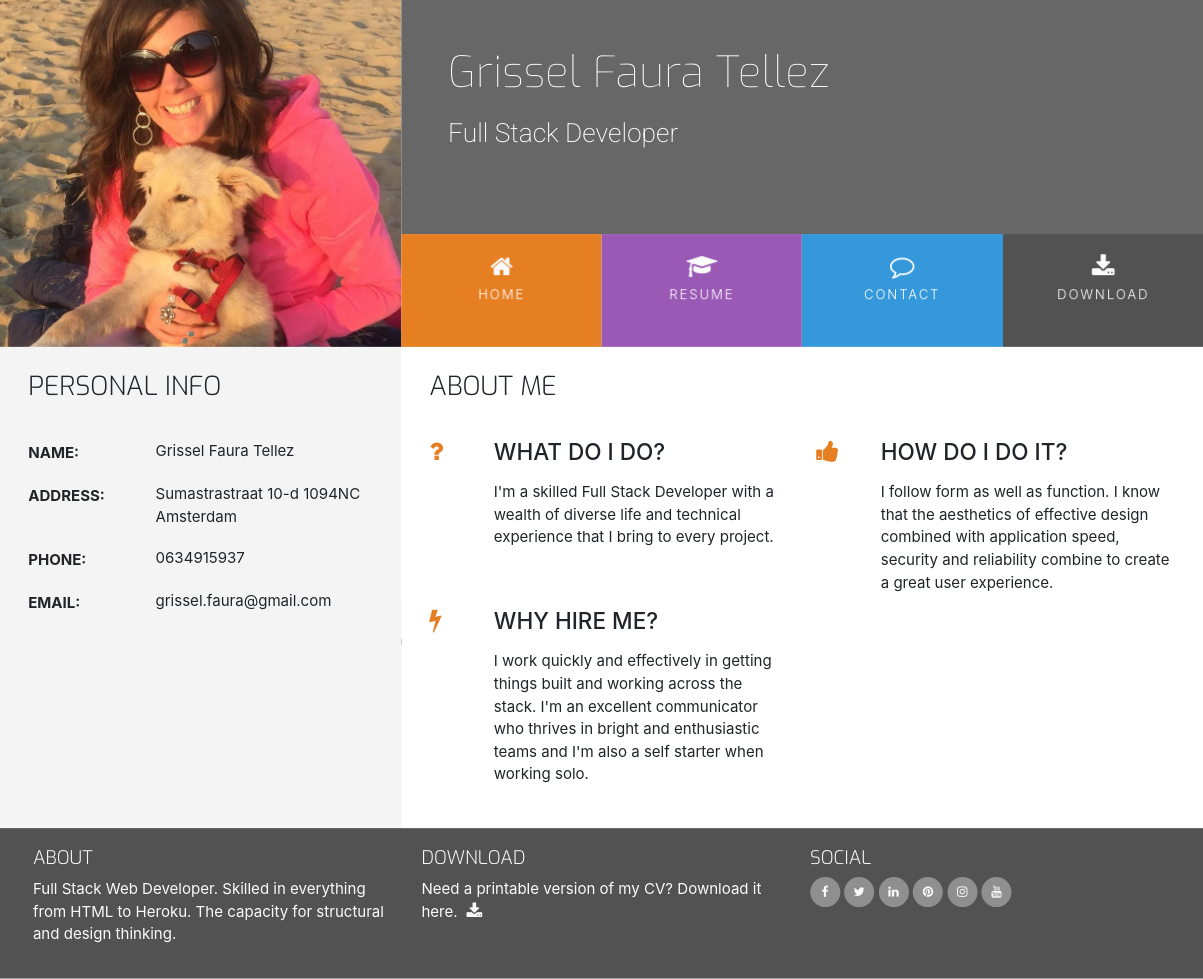
Repository: grisselfaura/Resume-Project-Introduction
Page: index.html
The author's editor kept a record of every edit. The page is drawn from the files as they stood at one moment, then again after the next edit.
The browser window is 1280 px wide. The pictures show the whole page, at 94% of full size.

Above is the page before.

### index.html
<!DOCTYPE html>
<html lang="en">
<head>
    <meta charset="UTF-8">
    <meta name="viewport" content="width=device-width, initial-scale=1.0">
    <meta http-equiv="X-UA-Compatible" content="ie=edge">
    <link rel="stylesheet" href="https://stackpath.bootstrapcdn.com/bootstrap/4.3.1/css/bootstrap.min.css" type="text/css" />
    <link rel="stylesheet" href="https://stackpath.bootstrapcdn.com/font-awesome/4.7.0/css/font-awesome.min.css" type="text/css" />
    <link rel="stylesheet" href="https://cdnjs.cloudflare.com/ajax/libs/hover.css/2.3.1/css/hover-min.css" type="text/css" />
    <link rel="stylesheet" href="assets/CSS/style.css" type="text/css" />
    <title>Grissel</title>
</head>
<body>
    <header>
       <div class="row no-gutters">
           <a class="col-md-4 logo" href="index.html"></a>
           <div class="col-md-8">
               <div class="row no-gutters bg-color-name-title">
                   <div class="col heading">
                       <h1 class="name">Grissel Faura Tellez</h1>
                       <h2 class="title">Full Stack Developer</h2>
                    </div>
               </div>
               <div class="row no-gutters">
                   <div class="col">
                       <ul id="nav" class="list-inline menucontainer">
                           <li class="col-6 col-sm-3 ui-menu-color-home list-inline-item menuitem">
                               <a href="#" class="hvr-sweep-to-bottom"><i class="fa fa-home" aria-hidden="true"></i><span>Home</span></a>
                           </li>
                           <li class="col-6 col-sm-3 ui-menu-color-resume list-inline-item menuitem">
                               <a href="#" class="hvr-sweep-to-bottom"><i class="fa fa-graduation-cap" aria-hidden="true"></i><span>Resume</span></a>
                           </li>
                           <li class="col-6 col-sm-3 ui-menu-color-contact list-inline-item menuitem">
                               <a href="#" class="hvr-sweep-to-bottom"><i class="fa fa-comment-o" aria-hidden="true"></i><span>Contact</span></a>
                           </li>
                           <li class="col-6 col-sm-3 ui-menu-color-download list-inline-item menuitem">
                               <a href="#" class="hvr-sweep-to-bottom"><i class="fa fa-download" aria-hidden="true"></i><span>Download</span></a>
                           </li>
                       </ul>
                   </div>
               </div>
           </div>
       </div>
    </header>
    <section class="container-fluid">
        <div class="row">
            <div class="col-md-4 bg-color-personal-info section-column">
                <div class="row">
                    <div class="col-12">
                        <h3 class="section-heading uppercase">Personal Info</h3>
                    </div>
                </div>
                <div class="personal-info-item">
                    <div class="key">
                        <p class="uppercase">
                            Name:
                        </p>
                    </div>
                    <div class="value">
                        <p>
                         Grissel Faura Tellez
                        </p>
                    </div>
                </div>
                <div class="personal-info-item">
                    <div class="key">
                        <p class="uppercase">
                            Address:
                        </p>
                    </div>
                    <div class="value">
                        <p>
                         Sumastrastraat 10-d 1094NC Amsterdam
                        </p>
                    </div>
                </div>
                <div class="personal-info-item">
                    <div class="key">
                        <p class="uppercase">
                            Phone:
                        </p>
                    </div>
                    <div class="value">
                        <p>
                         0634915937
                        </p>
                     </div>
                </div>
                <div class="personal-info-item">
                    <div class="key">
                        <p class="uppercase">
                            Email:
                        </p>
                    </div>
                    <div class="value">
                        <p>
                         grissel.faura@gmail.com
                        </p>
                    </div>
                </div>
            </div>
            <div class="col-md-8 bg-color-three-reasons section-column">
                <div class="row">
                    <div class="col">
                        <h3 class="section-heading uppercase">About me</h3>
                    </div>
                </div>
                <div class="row">
                    <div class="col-10 offset-1 offset-sm-0 col-sm-4 col-md-6">
                        <div class="row">
                            <div class="col-2">
                                <i class="three-reasons-icon fa fa-question" aria-hidden="true"></i>
                            </div>
                            <div class="col-10">
                                <h4 class="three-reasons-heading uppercase">What do I do?</h4>
                                <p>
                                    I'm a skilled Full Stack Developer with a wealth of diverse life and technical experience that I bring to every project.
                                </p>
                            </div>
                        </div>
                    </div>
                    <div class="col-10 offset-1 offset-sm-0 col-sm-4 col-md-6">
                        <div class="row">
                            <div class="col-2">
                                <i class="three-reasons-icon fa fa-thumbs-up" aria-hidden="true"></i>
                            </div>
                            <div class="col-10">
                                <h4 class="three-reasons-heading uppercase">How do I do it?</h4>
                                <p>
                                    I follow form as well as function. I know that the aesthetics of effective design combined with application speed, security and reliability combine to create a great user experience.
                                </p>
                            </div>
                        </div>
                    </div>
                    <div class="col-10 offset-1 offset-sm-0 col-sm-4 col-md-6">
                        <div class="row">
                            <div class="col-2">
                                <i class="three-reasons-icon fa fa-bolt" aria-hidden="true"></i>
                            </div>
                            <div class="col-10">
                                <h4 class="three-reasons-heading uppercase">Why hire me?</h4>
                                <p>
                                   I work quickly and effectively in getting things built and working across the stack.
                                   I'm an excellent communicator who thrives in bright and enthusiastic teams and
                                   I'm also a self starter when working solo.
                                </p>
                            </div>
                        </div>
                    </div>
                </div>
            </div>
        </div>
 </section>
    <footer class="container-fluid">
        <div id="footer-details" class="row">
            <div class="col-sm-4">
                <h5 class="uppercase general-sub">About</h5>
                <p class ="inline-block">
                Full Stack Web Developer. Skilled in everything from HTML to Heroku. The capacity for structural and design thinking.</p>
            </div>
            <div class="col-sm-4">
                <h5 class="uppercase general-sub">Download</h5>
                <p class ="inline-block">
                Need a printable version of my CV? Download it here.
                    <a href="#" target="_blank" class="cv-pdf">
                        <i class="fa fa-download" aria-hidden="true"></i>
                        <span class="sr-only">Download link again.</span>
                    </a>
                </p>
             </div>
            <div class="col-sm-4">
                <h5 class="uppercase general-sub">Social</h5>
                <ul class="list-inline social-links">
                    <li class="list-inline-item">
                        <a target="_blank" href="#">
                            <i class="fa fa-facebook" aria-hidden="true"></i>
                            <span class="sr-only">Facebook</span>
                        </a>
                    </li>
                    <li class="list-inline-item">
                        <a target="_blank" href="#">
                            <i class="fa fa-twitter" aria-hidden="true"></i>
                            <span class="sr-only">Twitter</span>
                        </a>
                    </li>
                     <li class="list-inline-item">
                        <a target="_blank" href="#">
                            <i class="fa fa-linkedin" aria-hidden="true"></i>
                            <span class="sr-only">LinkedIn</span>
                        </a>
                    </li>
                    <li class="list-inline-item">
                        <a target="_blank" href="#">
                            <i class="fa fa-pinterest" aria-hidden="true"></i>
                            <span class="sr-only">Pinterest</span>
                        </a>
                    </li>
                    <li class="list-inline-item">
                        <a target="_blank" href="#">
                            <i class="fa fa-instagram" aria-hidden="true"></i>
                            <span class="sr-only">Instagram</span>
                        </a>
                    </li>
                    <li class="list-inline-item">
                        <a target="_blank" href="#">
                            <i class="fa fa-youtube" aria-hidden="true"></i>
                            <span class="sr-only">Youtube</span>
                        </a>
                    </li>
                </ul>
            </div>
        </div>
    </footer>
</body>
</html>

### assets/CSS/style.css
@import url('https://fonts.googleapis.com/css?family=Roboto:100,200,300,400,500,600,700|Exo:100,200,300,400,500,600,700');

/*---------------------------------Colours*/

.bg-color-name-title {
    background-color: #676767;
}

.bg-color-three-reasons {
    background-color: #fff;
}

.bg-color-personal-info {
    background-color: #f4f4f4;
}

.ui-menu-color-home {
     background-color: #e67e22;
}

.ui-menu-color-resume {
     background-color: #9b59b6;
}

.ui-menu-color-contact {
     background-color: #3498db;
}

.ui-menu-color-download {
     background-color: #525252;
}
/*---------------------------------Special paddings/margins/text*/

h1,
h2,
h3,
h4 {
    margin: 0;
}

.uppercase {
   text-transform: uppercase;
}

.general-sub {
    font-family: "Exo", sans-serif;
    font-weight: 300;
    color: #fafafa;
}

.inline-block {
    display: inline-block;
}

.row-table {
    display: table;
}

.section-column {
    display: table-cell;
    padding: 0 30px 30px;
    float: none;
}

.section-heading {
    font-family: "Exo", sans-serif;
    font-weight: 300;
    margin-top: 25px;
    margin-bottom: 40px;
}

/*---------------------------------Heading*/
header {
    margin: 0;
}

.heading {
    margin-left: 50px;
}

.logo {
    background: url("../images/gri.jpg");
    background-position: center;
    background-repeat: no-repeat;
    background-size: cover;
    min-height: 360px;
    transition: all .5s ease-in-out;
    -moz-transition: all .5s ease-in-out;
    -webkit-transition: all .5s ease-in-out;
}

.name {
    font-family: "Exo", sans-serif;
    font-weight: 100;
    font-size: 46px;
    margin-top: 50px;
    color: #ffffff;
}

.title {
    font-family: "Roboto", sans-serif;
    font-weight: 200;
    font-size: 28px;
    margin-top: 20px;
    margin-bottom: 90px;
    color: #ffffff;
}
.list-inline-item:not(:last-child) {
    margin-right: 0;
}
.menucontainer {
    font-size: 0;
}

#nav {
    margin: 0
}

#nav li {
    font-size: 14px;
    padding: 0;
}

.menuitem {
    height: 120px;
    text-align: center;
    padding: 0;
}

.menuitem a {
    width: 100%;
    text-decoration: none;
    color: #fff;
    height: 120px;
}

.menuitem a i {
    padding-top: 22px;
    display: block;
    color: #fafafa;
    font-size: 26px;
}

.menuitem span {
    display: block;
    width: 100%;
    padding-top: 5px;
    text-align: center;
    text-transform: uppercase;
    font-size: 14px;
    font-weight: 300;
    letter-spacing: 2px;
}

/*---------------------------------Hover.css*/
.hvr-sweep-to-bottom:before {
    background: rgba(0,0,0,0.2);
    height: 120px;
}

/*---------------------------------Footer*/

footer {
    background-color: #525252;
    color: #fafafa;
    min-height: 120px;
    margin: 0;
}

.cv-pdf i {
  font-size: 18px;
  color: #fafafa;
  text-align: center;
  padding-left: 5px;
  transition: all 0.35s ease-in-out;
  -moz-transition: all 0.35s ease-in-out;
  -webkit-transition: all 0.35s ease-in-out;
  -o-transition: all 0.35s ease-in-out;
}

.cv-pdf i:hover {
  color: #e84610;
}

.social-links {
    padding-bottom: 15px;
}

.social-links li a i {
    width: 32px;
    height: 32px;
    padding: 12px 0;
    border-radius: 50%;
    font-size: 13px;
    line-height: 7px;
    text-align: center;
    color: #fafafa;
    background: #8f8f8f;
    transition: all 0.35s ease-in-out;
    -moz-transition: all 0.35s ease-in-out;
    -webkit-transition: all 0.35s ease-in-out;
    -o-transition: all 0.35s ease-in-out;
}

.social-links li a i:hover {
    background: #e84610;
}

#footer-details {
    padding: 20px;
}

/*---------------------------------Three Reasons*/

.three-reasons-icon {
    font-size: 26px;
    color: #e67e22;
}

.three-reasons-heading {
    margin-bottom: 15px;
}

/*---------------------------------Personal Info*/
.personal-info-item {
    margin-bottom: 20px;
    display: block;
    clear: both;
}

.personal-info-item .key,
.personal-info-item .value {
    padding right: 8px;
    display: inline-block;
}

.personal-info-item .key p,
.personal-info-item .value p {
    margin: 0;
}

.personal-info-item .key {
    width: 30%;
    margin-right: 21px;
    padding-top: 2px;
    vertical-align: top;
}

.personal-info-item .key p {
    font-weight: 700;
}

.personal-info-item .value {
    position: relative;
    width: 60%;
}

After the next edit:
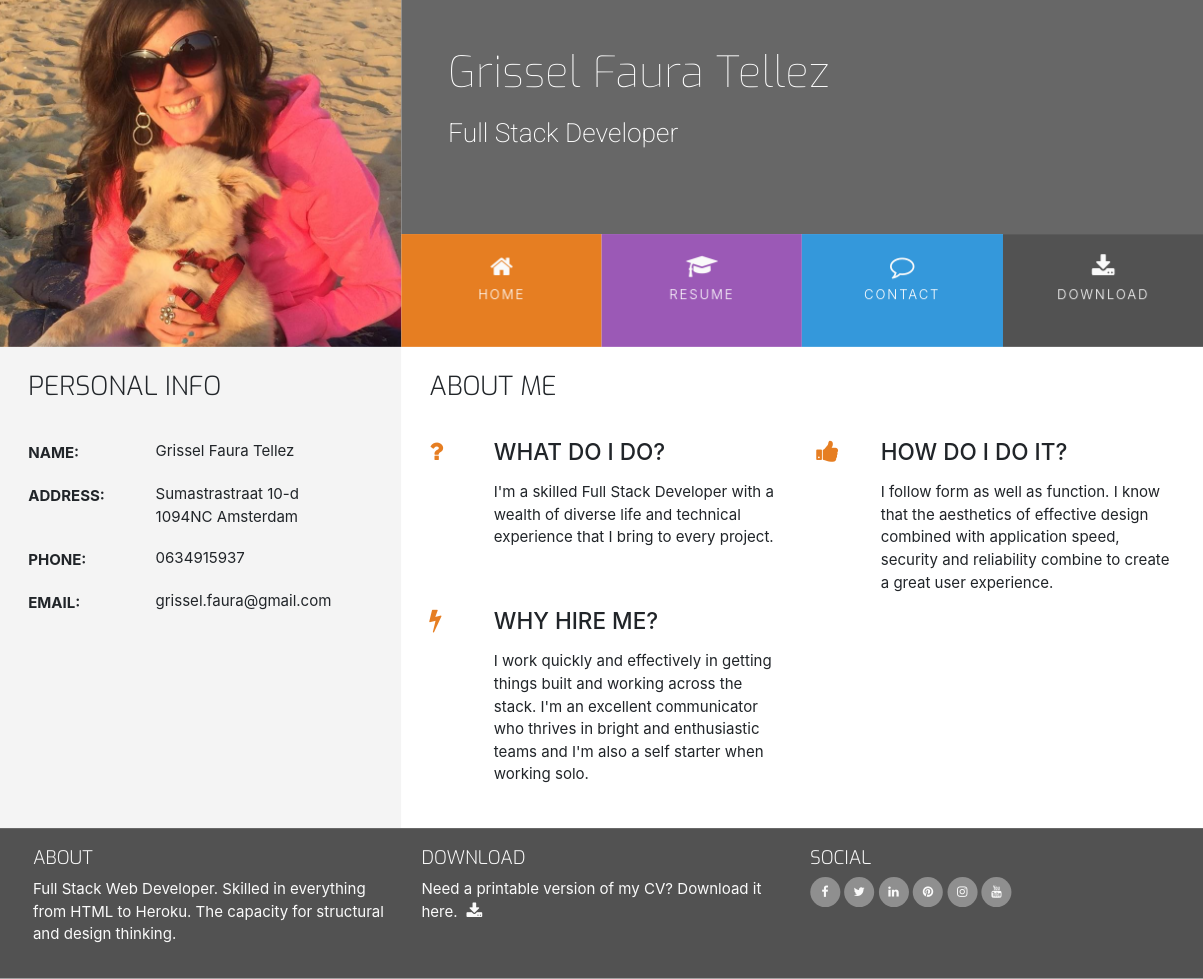
The edit:
--- a/assets/CSS/style.css
+++ b/assets/CSS/style.css
@@ -230,7 +230,7 @@
 
 .personal-info-item .key,
 .personal-info-item .value {
-    padding right: 8px;
+    padding-right: 8px;
     display: inline-block;
 }
 
